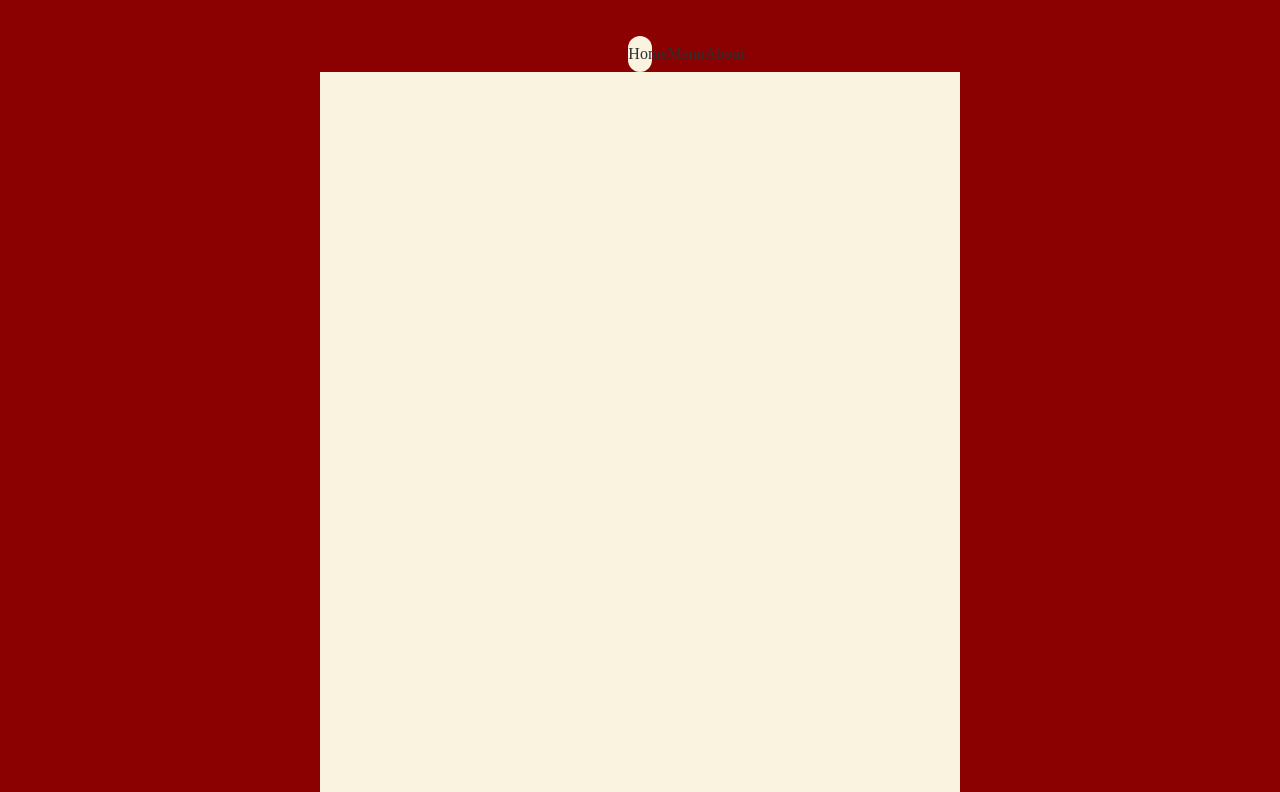
Repository: Dimitris2031/Restaurant-Front-page
Page: / (app in webpack-practice/)
An editor plug-in stored every save of this project. The page is shown before and after the next save, followed by the edit.
The browser window is 1280 px wide. The pictures show the whole page.
The project was rebuilt for these pictures with package versions that can differ from the ones it lists, and the page was loaded fresh each time. Also part of the build but not shown: webpack-practice/webpack.config.js.

Above is the page before, as saved 2025-09-10 10:42:22.

After the next save:
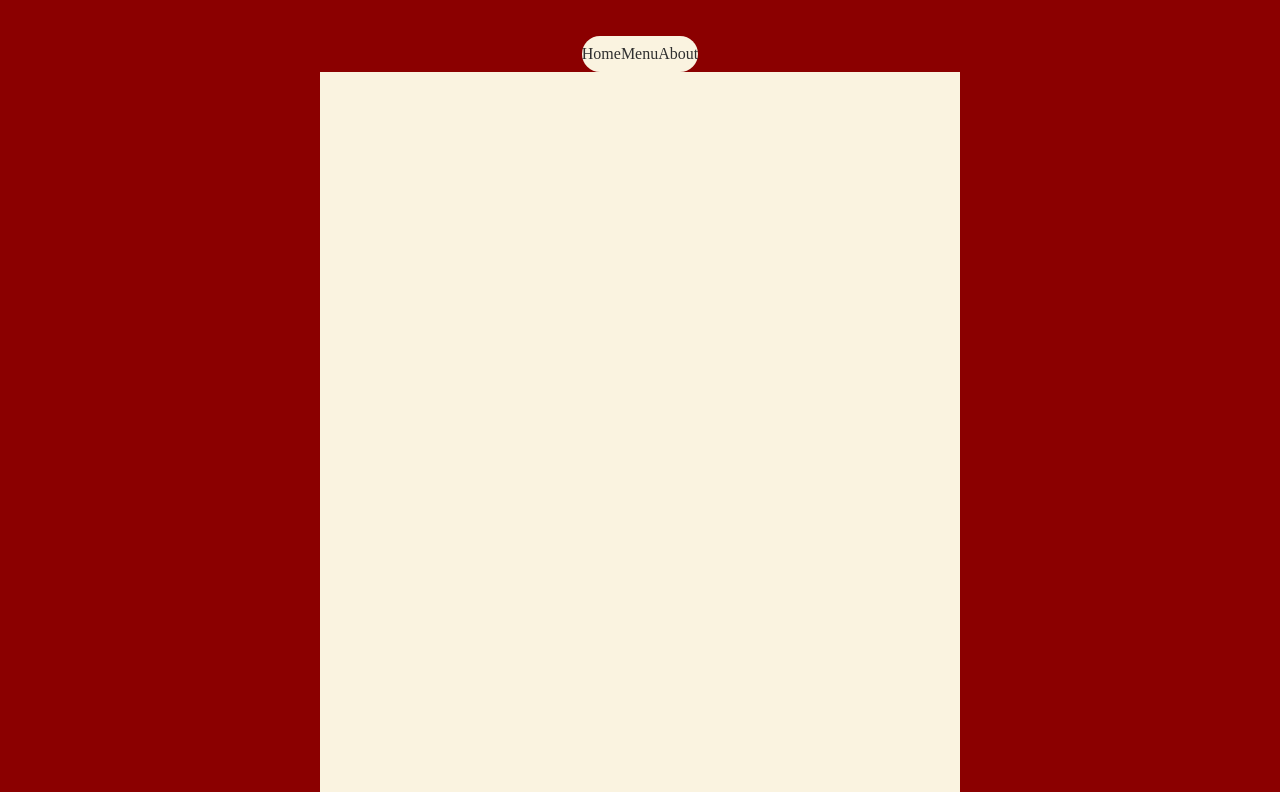
Saved 14 s later.
--- a/webpack-practice/src/styles.css
+++ b/webpack-practice/src/styles.css
@@ -24,7 +24,7 @@ header{
   display:flex;
   justify-content:space-around;
   align-items:center;
-  width: 20%;
+  width: 100%;
   height: 50%;
   background-color: #FAF3E0;
   border-radius: 20px;
